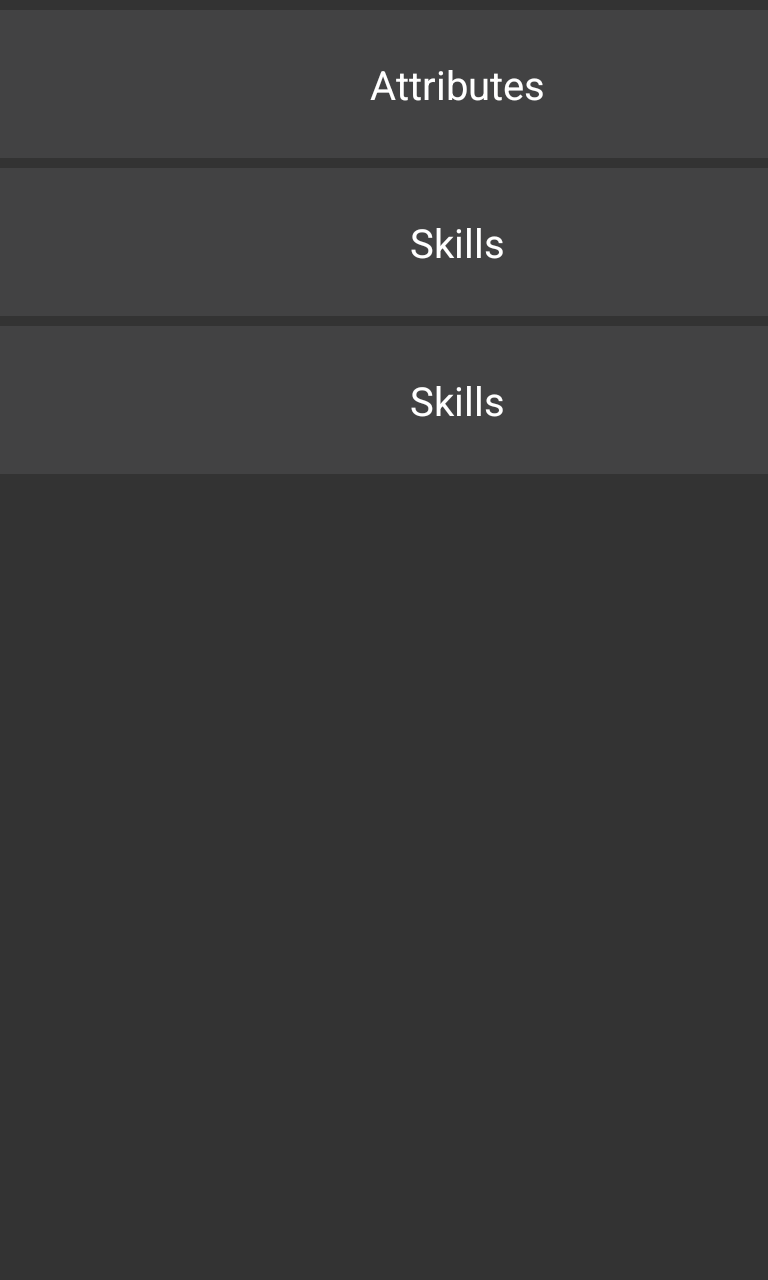
Repository: w9jds/Android-EveProfiler
Layout: EveProfiler/res/layout/drawerview.xml
These files come from the project's save history. The layout is drawn as it stood at one moment and after the next save; the edit follows.
It is drawn on a 768 x 1280 px phone screen (xhdpi) without system bars, with theme AppTheme; the app's code is not run.

Above is the layout before, as saved 2013-05-12 05:31:05.

### EveProfiler/res/layout/drawerview.xml
<?xml version="1.0" encoding="utf-8"?>
<RelativeLayout xmlns:android="http://schemas.android.com/apk/res/android"
    xmlns:tools="http://schemas.android.com/tools"
    android:layout_width="match_parent"
    android:layout_height="match_parent"
    android:background="@color/grey" >

    <LinearLayout
        android:id="@+id/content"
        android:layout_width="fill_parent"
        android:layout_height="fill_parent"
        android:orientation="vertical" >

        <GridLayout
            android:id="@+id/Attributes"
            android:layout_width="fill_parent"
            android:layout_height="wrap_content"
            android:layout_marginBottom="5dp"
            android:layout_marginTop="5dp"
            android:background="@color/lightgrey"
            android:columnCount="2"
            android:rowCount="1"
            tools:targetApi="14" >

            <ImageView
                android:id="@+id/AttributesPic"
                android:layout_width="64dp"
                android:layout_height="64dp"
                android:layout_column="0"
                android:layout_gravity="center"
                android:layout_marginBottom="5dp"
                android:layout_marginLeft="5dp"
                android:layout_marginRight="5dp"
                android:layout_marginTop="5dp"
                android:layout_row="0" />

            <TextView
                android:id="@+id/AttributesLabel"
                android:layout_column="1"
                android:layout_gravity="center"
                android:layout_row="0"
                android:text="Attributes"
                android:textColor="@color/white"
                android:textSize="20sp" />

        </GridLayout>

        <GridLayout
            android:id="@+id/Skills"
            android:layout_width="fill_parent"
            android:layout_height="wrap_content"
            android:layout_marginBottom="5dp"
            android:background="@color/lightgrey"
            android:columnCount="2"
            android:rowCount="1"
            tools:targetApi="14" >

            <ImageView
                android:id="@+id/SkillsPic"
                android:layout_width="64dp"
                android:layout_height="64dp"
                android:layout_column="0"
                android:layout_gravity="center"
                android:layout_marginBottom="5dp"
                android:layout_marginLeft="5dp"
                android:layout_marginRight="5dp"
                android:layout_marginTop="5dp"
                android:layout_row="0" />

            <TextView
                android:id="@+id/SkillsLabel"
                android:layout_column="1"
                android:layout_gravity="center"
                android:layout_row="0"
                android:text="Skills"
                android:textColor="@color/white"
                android:textSize="20sp" />

        </GridLayout>

        <GridLayout
            android:id="@+id/Mail"
            android:layout_width="fill_parent"
            android:layout_height="wrap_content"
            android:layout_marginBottom="5dp"
            android:background="@color/lightgrey"
            android:columnCount="2"
            android:rowCount="1"
            tools:targetApi="14" >

            <ImageView
                android:id="@+id/MailPic"
                android:layout_width="64dp"
                android:layout_height="64dp"
                android:layout_column="0"
                android:layout_gravity="center"
                android:layout_marginBottom="5dp"
                android:layout_marginLeft="5dp"
                android:layout_marginRight="5dp"
                android:layout_marginTop="5dp"
                android:layout_row="0" />

            <TextView
                android:id="@+id/MailLabel"
                android:layout_column="1"
                android:layout_gravity="center"
                android:layout_row="0"
                android:text="Skills"
                android:textColor="@color/white"
                android:textSize="20sp" />

        </GridLayout>



    </LinearLayout>

</RelativeLayout>

### EveProfiler/res/values/strings.xml
<?xml version="1.0" encoding="utf-8"?>
<resources>

    <string name="title_activity_settings">Settings</string>
    <string name="pref_header_general">General</string>
    <string name="pref_title_keyid">Key ID</string>
    <string name="pref_keyid"></string>
    <string name="pref_title_vCode">Verification Code</string>
    <string name="pref_vCode"></string>

    <string name="app_name">Top Hat</string>
    <string name="action_settings">Settings</string>

    <string name="Api_Uri">https://api.eveonline.com</string>
    <string name="Account_Status">/account/AccountStatus.xml.aspx</string>
    <string name="API_Key_Info">/account/APIKeyInfo.xml.aspx</string>
    <string name="List_Characters">/account/Characters.xml.aspx</string>
    <string name="Account_Balance">/char/AccountBalance.xml.aspx</string>
    <string name="Asset_List">/char/AssetList.xml.aspx</string>
    <string name="Cal_Event_Attendees">/char/CalendarEventAttendees.xml.aspx</string>
    <string name="Character_Sheet">/char/CharacterSheet.xml.aspx</string>
    <string name="Contact_List">/char/ContactList.xml.aspx</string>
    <string name="Contact_Notif">/char/ContactNotifications.xml.aspx</string>
    <string name="Contacts">/char/Contracts.xml.aspx</string>
    <string name="ContractItems">/char/ContractItems.xml.aspx</string>
    <string name="ContractBids">/char/ContractBids.xml.aspx</string>
    <string name="Factional_Warfare_Stats">/char/FacWarStats.xml.aspx</string>
    <string name="Industry_Jobs">/char/IndustryJobs.xml.aspx</string>
    <string name="KillMails">/char/Killlog.xml.aspx</string>
    <string name="Locations">/char/Locations.xml.aspx</string>
    <string name="Mail_Bodies">/char/MailBodies.xml.aspx</string>
    <string name="Mailing_Lists">/char/MailingLists.xml.aspx</string>
    <string name="MailMessHeaders">/char/MailMessages.xml.aspx</string>
    <string name="Market_Orders">/char/MarketOrders.xml.aspx</string>
    <string name="Medals">/char/Medals.xml.aspx</string>
    <string name="Notifications">/char/Notifications.xml.aspx</string>
    <string name="Notification_Text">/char/NotificationTexts.xml.aspx</string>
    <string name="Research">/char/Research.xml.aspx</string>
    <string name="Skill_in_Training">/char/SkillInTraining.xml.aspx</string>
    <string name="Skill_Queue">/char/SkillQueue.xml.aspx</string>
    <string name="NPC_Standings">/char/Standings.xml.aspx</string>
    <string name="Upcoming_Cal_Events">/char/UpcomingCalendarEvents.xml.aspx</string>
    <string name="Wallet_Journal">/char/WalletJournal.xml.aspx</string>
    <string name="Wallet_Transactions">/char/WalletTransactions.xml.aspx</string>

    <string name="Character_Portrait">http://image.eveonline.com/Character/</string>
    <string name="Corp_Logo">http://image.eveonline.com/Corporation/</string>
    <string name="Alliance_Logo">http://image.eveonline.com/Alliance/</string>
    <string name="Type_Icon">http://image.eveonline.com/InventoryType/</string>
    <string name="Render">http://image.eveonline.com/Render/</string>

    <string name="SkillPointsString">Skill Points</string>
    <string name="CloneString">Clone</string>
	<string name="HomeSystemString">Home System</string>
    <string name="BackgroundString">Background</string>
    <string name="DateOBirthString">Date Of Birth</string>
    <string name="SchoolString">School</string>
    <string name="CorporationString">Corporation</string>
    <string name="AllianceString">Alliance</string>
    <string name="SecurityStatusString">Security Status</string>
    <string name="BountyString">Bounty</string>

    <color name="white">#FFFFFF</color>
    <color name="grey">#333333</color>
    <color name="lightgrey">#424243</color>



</resources>

Loaded but not shown: EveProfiler/res/values/styles.xml (common file); EveProfiler/res/values-v11/styles.xml (common file); EveProfiler/res/values-v14/styles.xml (common file)

After the next save:
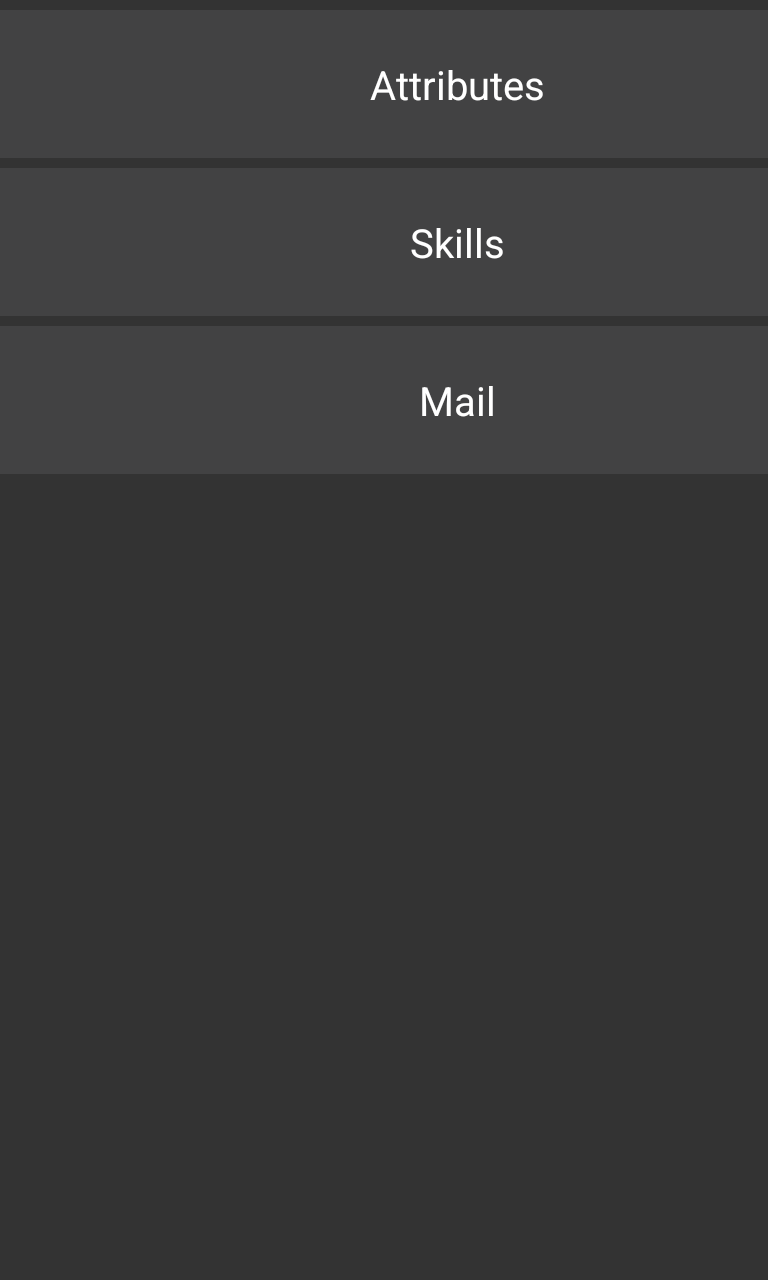
Saved 7 s later.
--- a/EveProfiler/res/layout/drawerview.xml
+++ b/EveProfiler/res/layout/drawerview.xml
@@ -105,7 +105,7 @@
                 android:layout_column="1"
                 android:layout_gravity="center"
                 android:layout_row="0"
-                android:text="Skills"
+                android:text="Mail"
                 android:textColor="@color/white"
                 android:textSize="20sp" />
 
